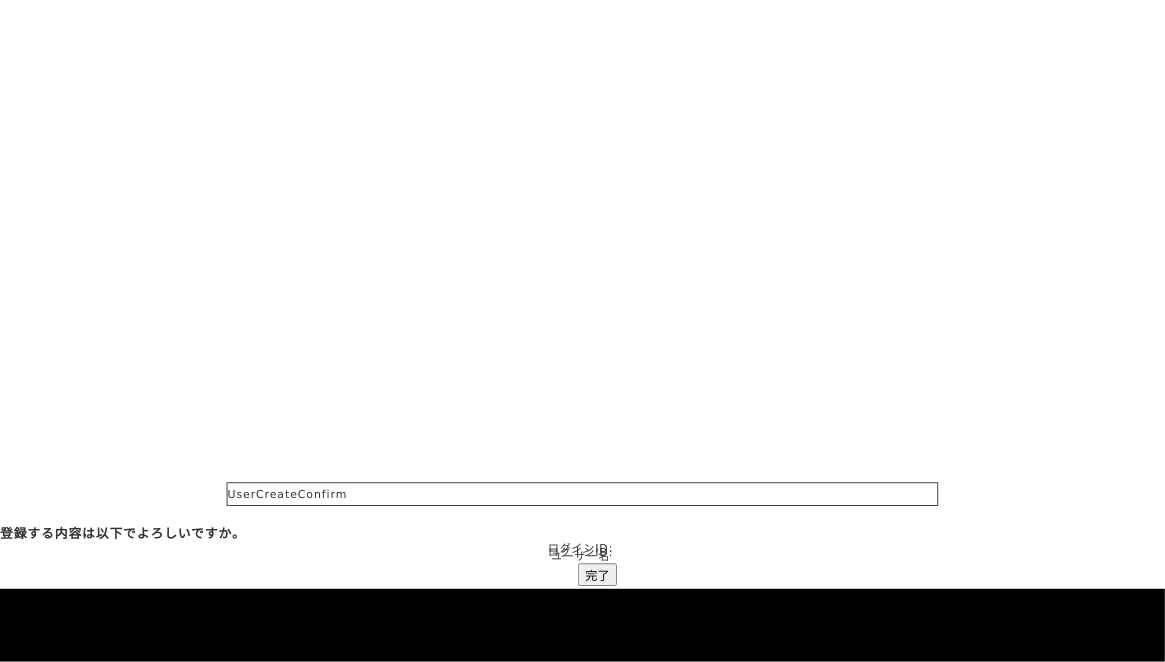
Repository: Wildbird-Yachou/test
Page: http://localhost/template/userCreateConfirm.jsp
An editor plug-in stored every save of this project. The page is shown before and after the next save, followed by the edit.
The browser window is 1280 px wide. The pictures show the whole page, at 91% of full size.
The page is served by Tomcat 9.

Above is the page before, as saved 2018-09-10 10:09:48.

After the next save:
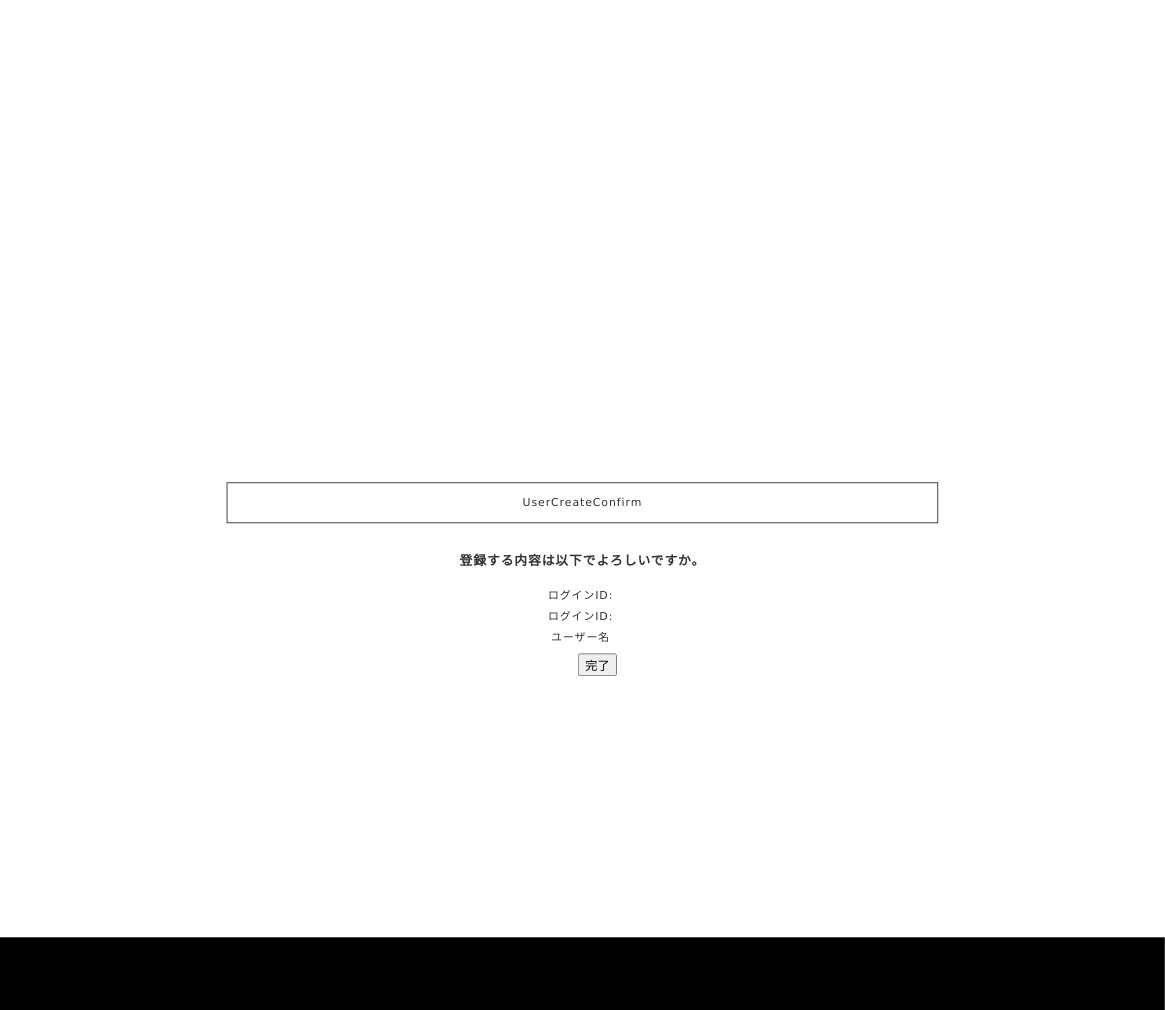
Saved 2 min 10 s later.
--- a/template/WebContent/userCreateConfirm.jsp
+++ b/template/WebContent/userCreateConfirm.jsp
@@ -16,9 +16,9 @@
 body{
 margin:0;
 padding:0;
-line-height:0;
+line-height:1.6;
 letter-spacing:1px;
-font-family:Verdana,Helvetica,sans-selif;
+font-family:Verdana,Helvetica,sans-serif;
 font-size:12px;
 color:#333;
 background:#fff;
@@ -36,6 +36,12 @@ border:1px solid #333;
 }
 
 #header{
+width:100%;
+height:500px;
+text-align:center;
+}
+
+#main{
 width:100%;
 height:500px;
 text-align:center;
